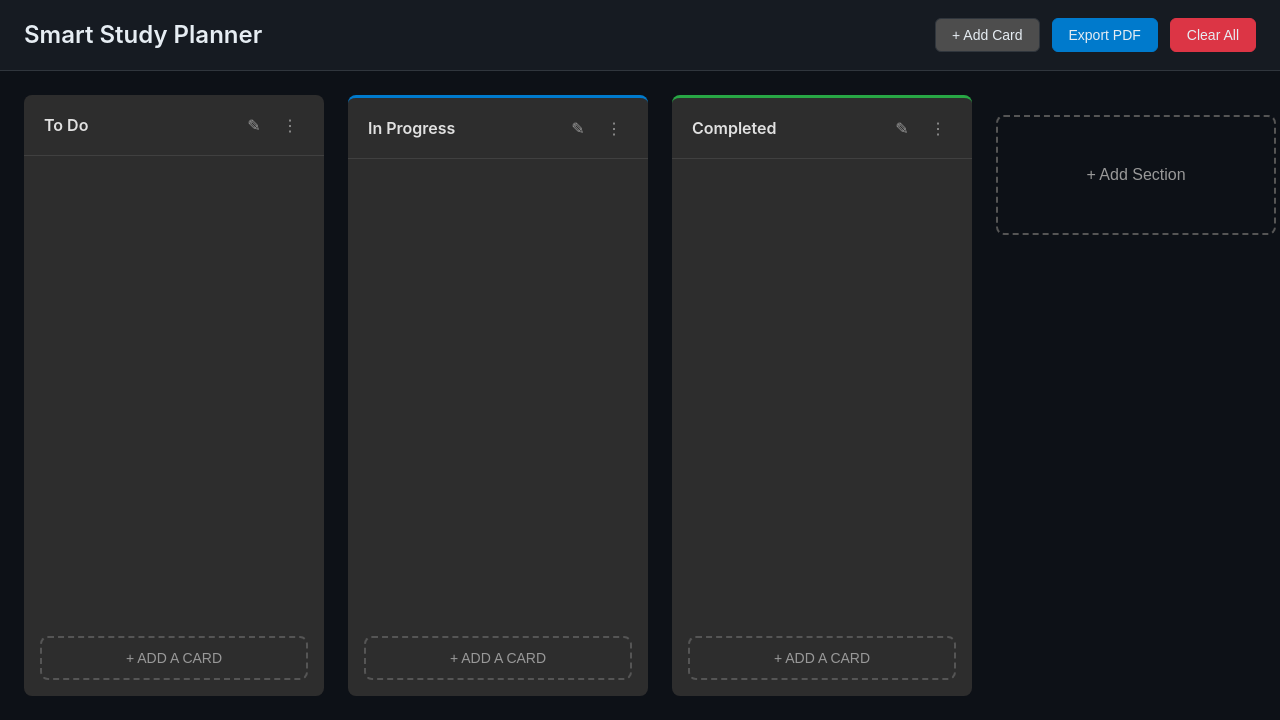
Repository: P7XCKD/edunetwebdev
Page: index.html
An editor plug-in stored every save of this project. The page is shown before and after the next save, followed by the edit.
The browser window is 1280 px wide. The pictures show the whole page.
The pointer rests on the first visible `.add-card-btn`.

Above is the page before, as saved 2025-09-19 20:07:28.

After the next save:
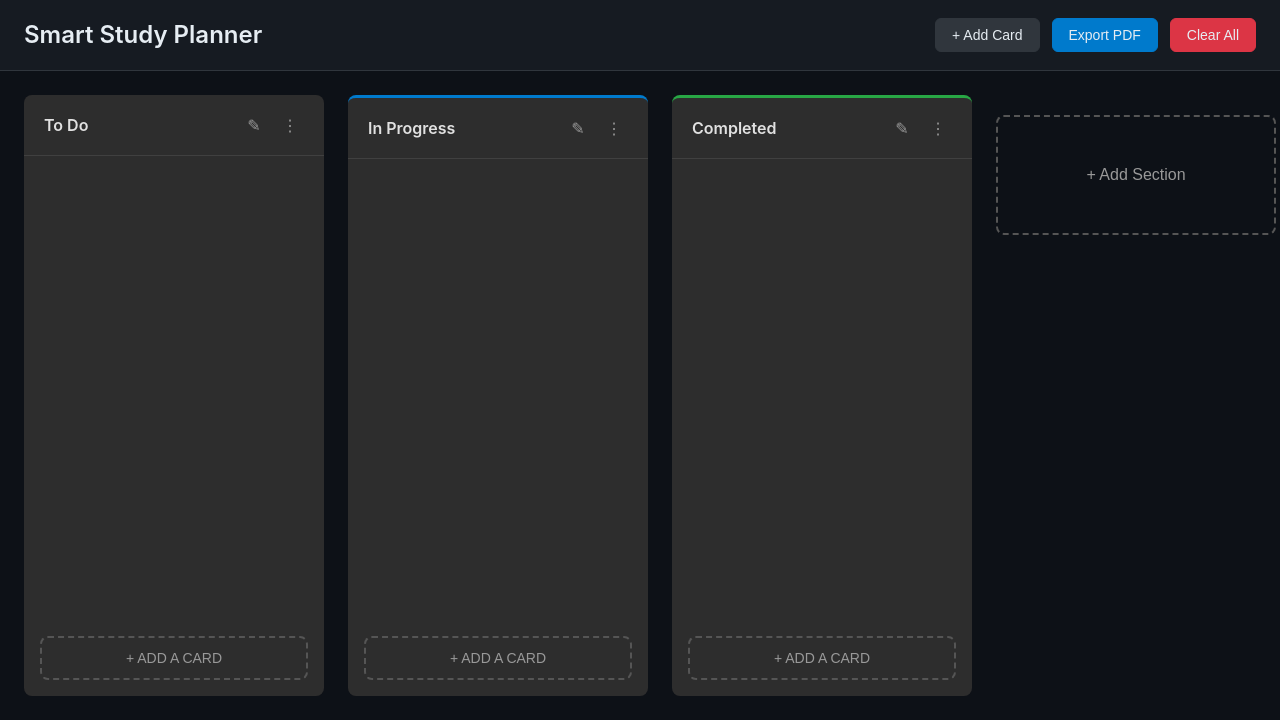
Saved 21 s later.
--- a/style.css
+++ b/style.css
@@ -51,7 +51,7 @@ body {
 }
 
 .add-card-btn:hover, .stats-btn:hover, .export-pdf-btn:hover, .clear-all-btn:hover {
-    background-color: #4d4d4d;
+    background-color: #30363d;
 }
 
 .export-pdf-btn {
